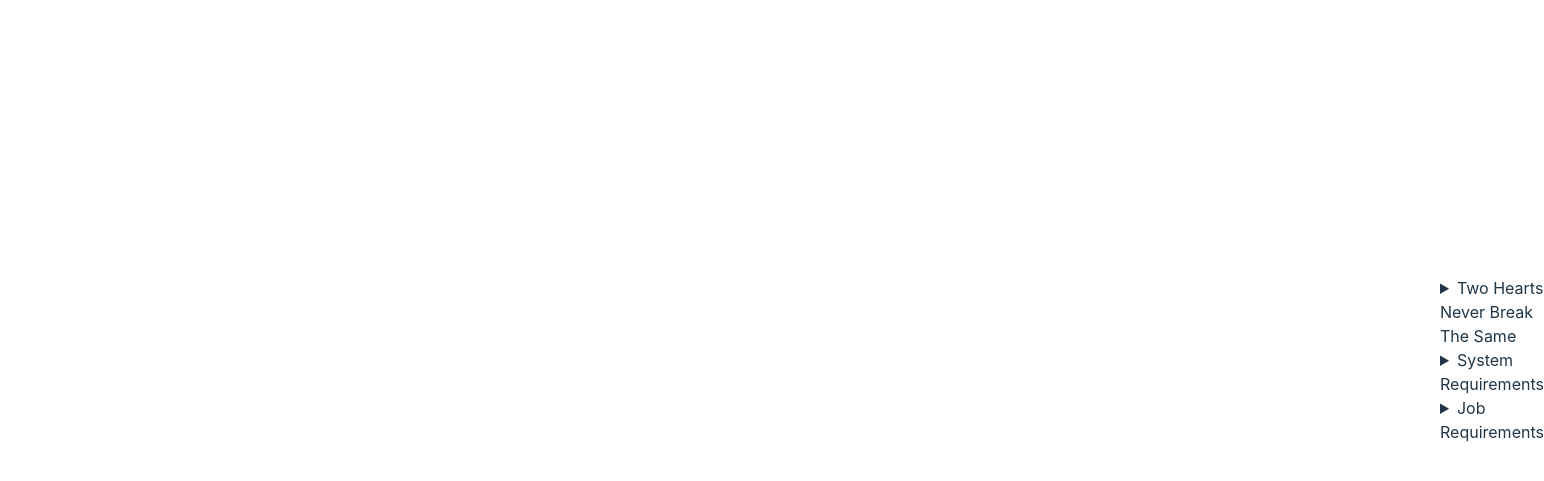
Repository: GavinPahal/my_app
Page: / (app in react/)
An editor plug-in stored every save of this project. The page is shown before and after the next save, followed by the edit.
The browser window is 1280 px wide. The page is 1544 px wide, then 1280 px, so the pictures cover 1544 px, including what lies to the right of the window. The pictures show the whole page.
The project was rebuilt for these pictures with package versions that can differ from the ones it lists, and the page was loaded fresh each time. Also part of the build but not shown: react/vite.config.js.

Above is the page before, as saved 2024-09-14 01:59:10.

After the next save:
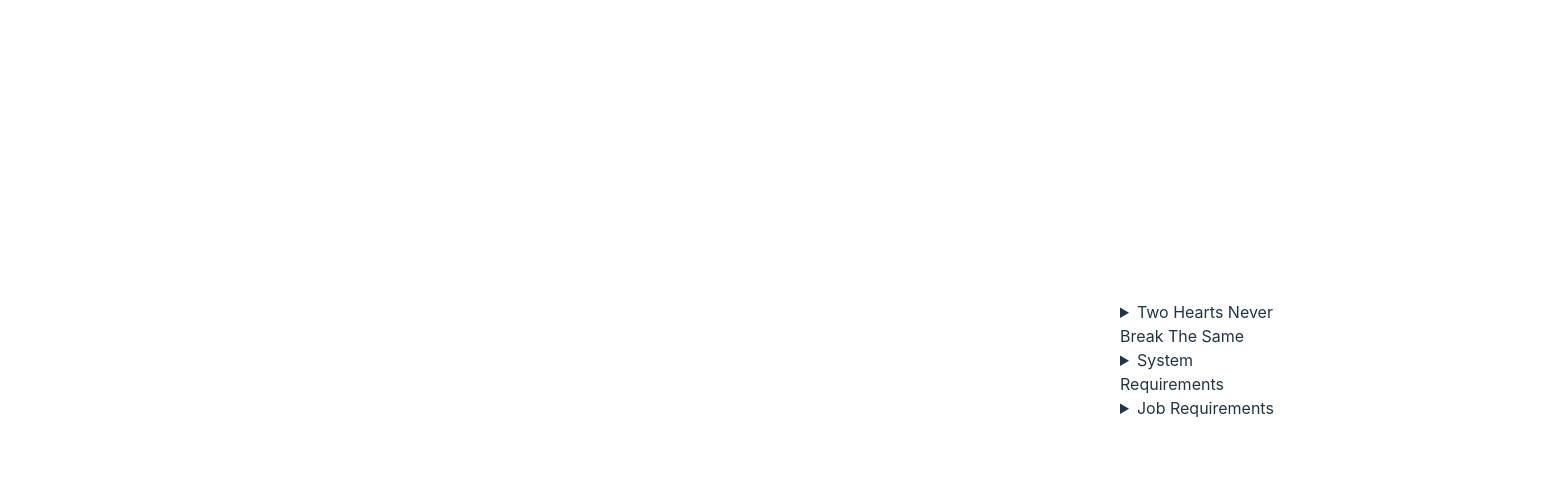
Saved 10 s later.
--- a/react/src/App.css
+++ b/react/src/App.css
@@ -8,5 +8,5 @@
 .album{
 display: flex;
 flex-direction: column;
-padding-left: 90rem;
+padding-left: 70rem;
 }
